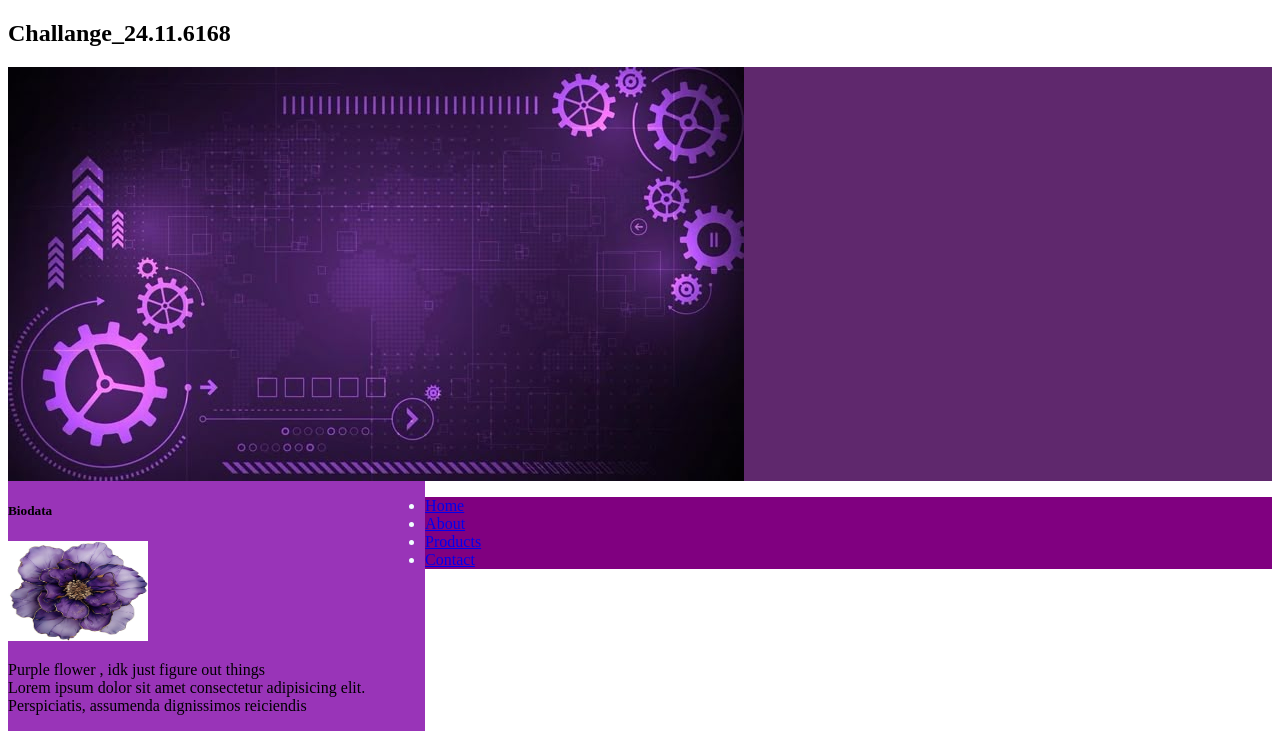
Repository: Ms-Ulfiyahrustam/p5_pemogramanweb
Page: index.html
The author's editor kept a copy of each file at every save. The page is drawn from the files as they stood at one save, then again after the next save.
The browser window is 1280 px wide. The pictures show the whole page.

Above is the page before, as saved 2026-04-27 09:29:34.

### index.html
<!DOCTYPE html>
<html lang="en">
<head>
    <meta charset="UTF-8">
    <meta name="viewport" content="width=device-width, initial-scale=1.0">
    <link rel="stylesheet" href="style.css">
    <title>Document</title>
</head>
<body class="">
    <h2>Challange_24.11.6168</h2>
    <div class="flex-container">
        <img src="download.jpg" alt="">
    </div>
    <div class="leftside">
        <h5>Biodata</h5>
        <img src="purple.jpg" alt="" width="140" height="100" >
        <p>Purple flower , idk just figure out things <br>
            Lorem ipsum dolor sit amet consectetur adipisicing elit. Perspiciatis, assumenda dignissimos reiciendis  <br>
        </p>
    </div>
    <div class="midplace">
<nav class="menu">
  <ul>
    <li><a href="#">Home</a></li>
    <li><a href="#">About</a></li>
    <li><a href="#">Products</a></li>
    <li><a href="#">Contact</a></li>
  </ul>
</nav>
        </div>
</body>
</html>

### style.css


.flex-container{
    display: flex;
    background-color: rgb(95, 40, 109);
    margin: auto;
}

.leftside{
    width:33%;
    float:left;
    background-color: rgb(153, 52, 184);

}

.rightside{

}

.midplace{
    background-color: purple;
    color: azure;

}


  display: flex;
  justify-content: center; /* bikin menu ke tengah */
  list-style: none;
  margin: 0;
  padding: 0;

After the next save:
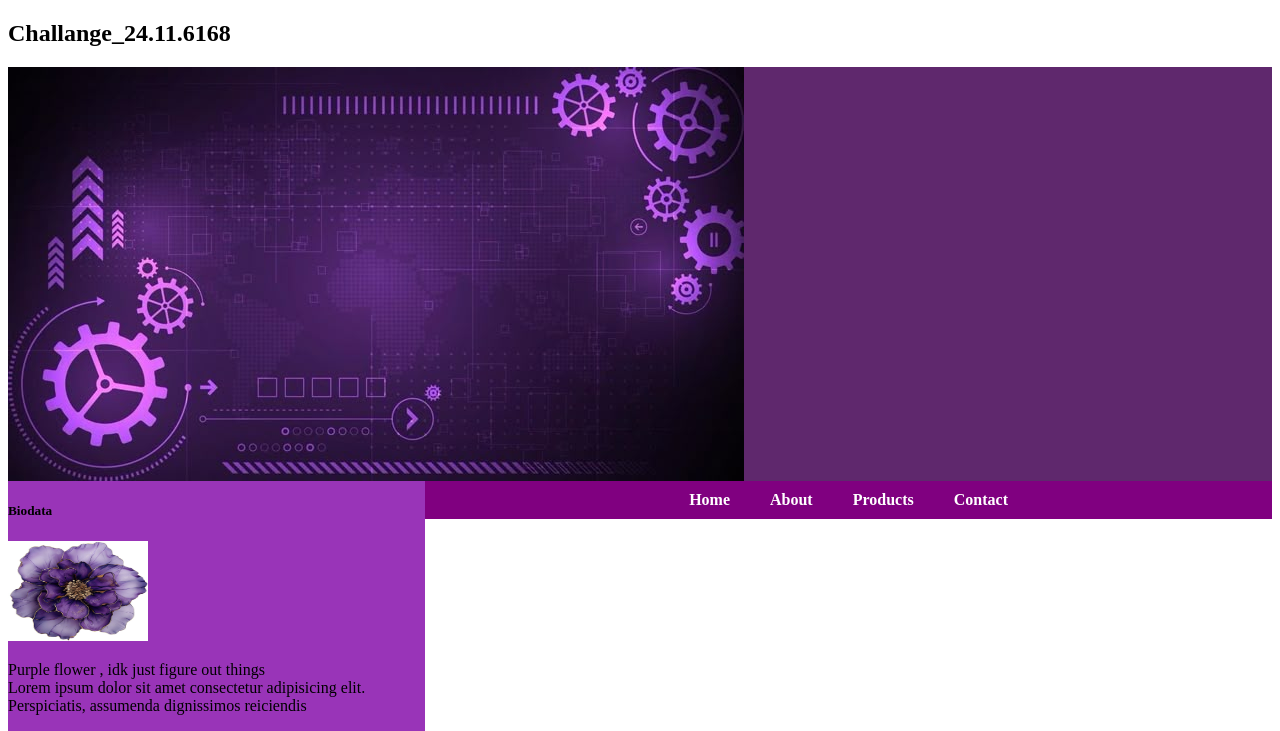
Saved 8 s later.
--- a/style.css
+++ b/style.css
@@ -24,8 +24,25 @@
 }
 
 
+.menu {
+  background-color: purple;
+  padding: 10px 0;
+}
+
+.menu ul {
   display: flex;
   justify-content: center; /* bikin menu ke tengah */
   list-style: none;
   margin: 0;
   padding: 0;
+}
+
+.menu li {
+  margin: 0 20px;
+}
+
+.menu a {
+  text-decoration: none;
+  color: white;
+  font-weight: bold;
+}
